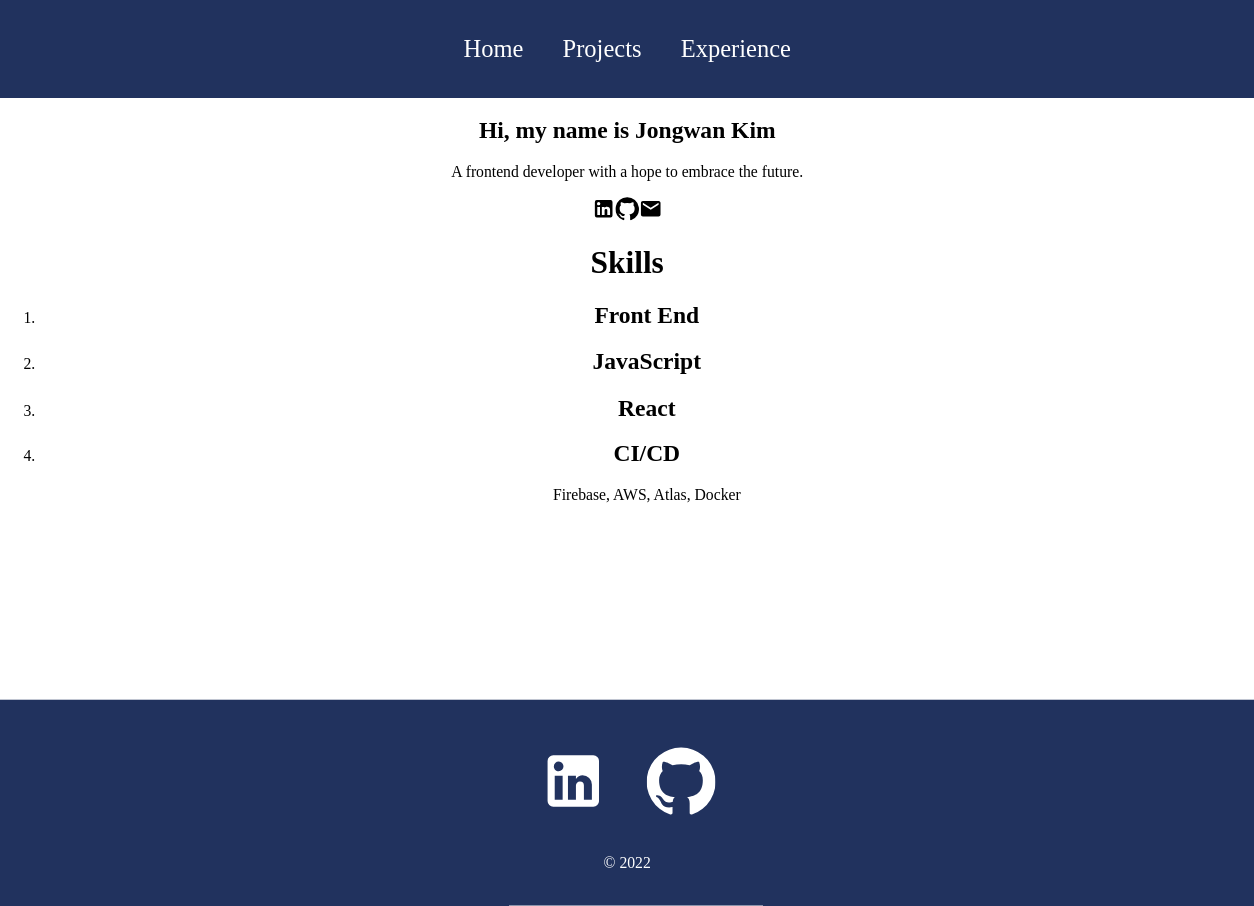
Repository: mireu-san/jw-personal-page
Page: /
An editor plug-in stored every save of this project. The page is shown before and after the next save, followed by the edit.
The browser window is 1280 px wide. The pictures show the whole page, at 98% of full size.
The project was rebuilt for these pictures with package versions that can differ from the ones it lists, and the page was loaded fresh each time. Also part of the build but not shown: src/pages/Experience.js, src/pages/Projects.js.

Above is the page before, as saved 2022-11-09 17:15:50.

After the next save:
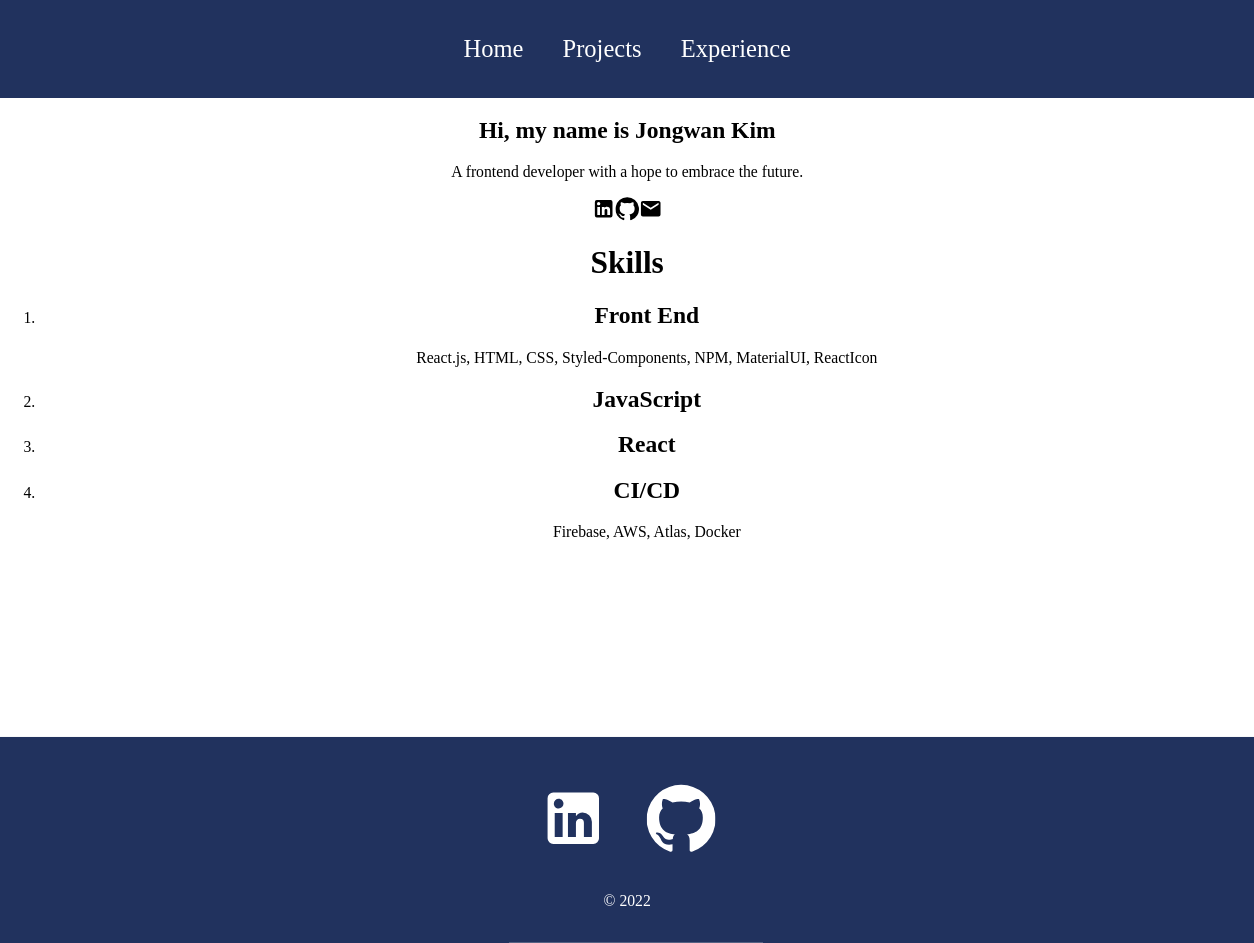
Saved 61 s later.
--- a/src/pages/Home.js
+++ b/src/pages/Home.js
@@ -21,7 +21,9 @@ function Home() {
         <ol className="list">
           <li className="item">
             <h2>Front End</h2>
-            <span> </span>
+            <span>
+              React.js, HTML, CSS, Styled-Components, NPM, MaterialUI, ReactIcon{" "}
+            </span>
           </li>
           <li className="item">
             <h2>JavaScript</h2>
